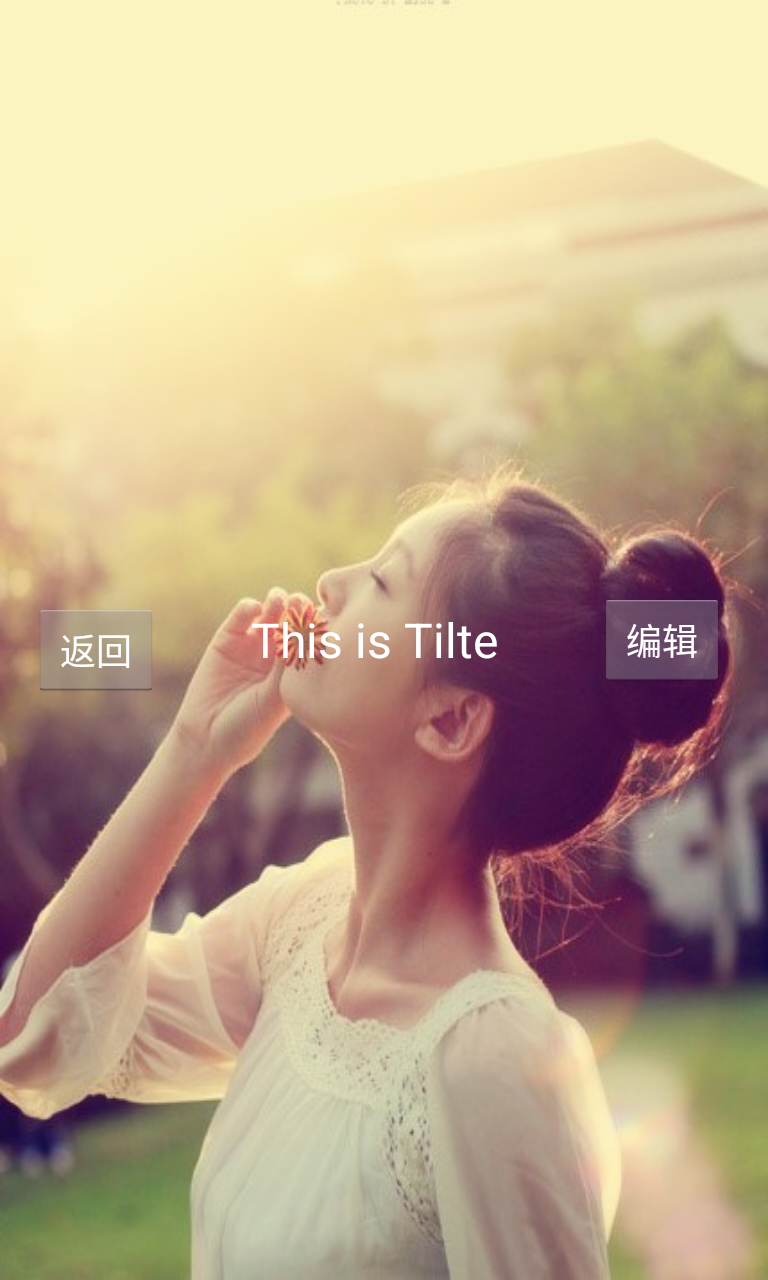
Repository: jinpp/Android
Layout: UICustomViews/res/layout/title.xml
These files come from the project's save history. The layout is drawn as it stood at one moment and after the next save; the edit follows.
It is drawn on a 768 x 1280 px phone screen (xhdpi) without system bars, with theme AppTheme; the app's code is not run.

Above is the layout before, as saved 2016-11-17 05:24:54.

After the next save:
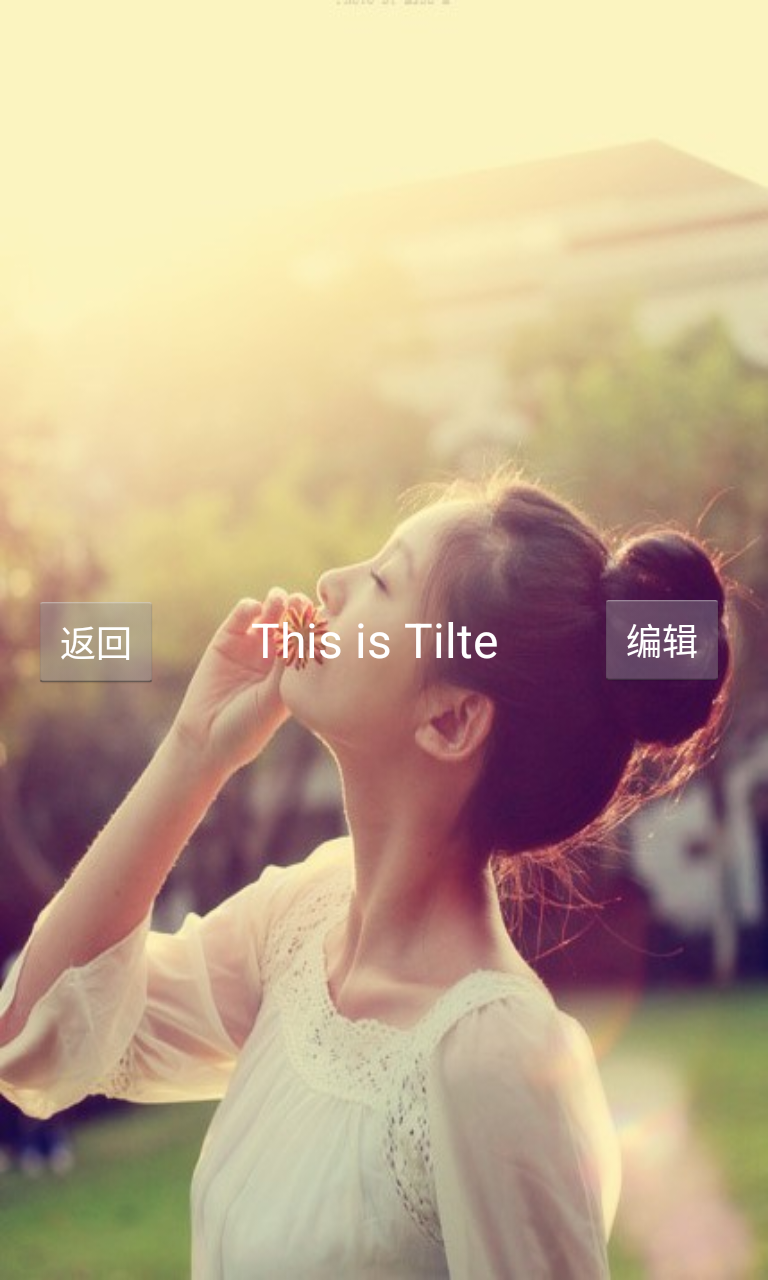
Saved 4 s later.
--- a/UICustomViews/res/layout/title.xml
+++ b/UICustomViews/res/layout/title.xml
@@ -14,7 +14,7 @@
         android:layout_width="wrap_content"
         android:layout_height="wrap_content"
         android:layout_gravity="center"
-        android:layout_marginTop="5dip"
+        android:layout_marginTop="1dip"
 
         android:textColor="#fff"
         android:text="返回" />
